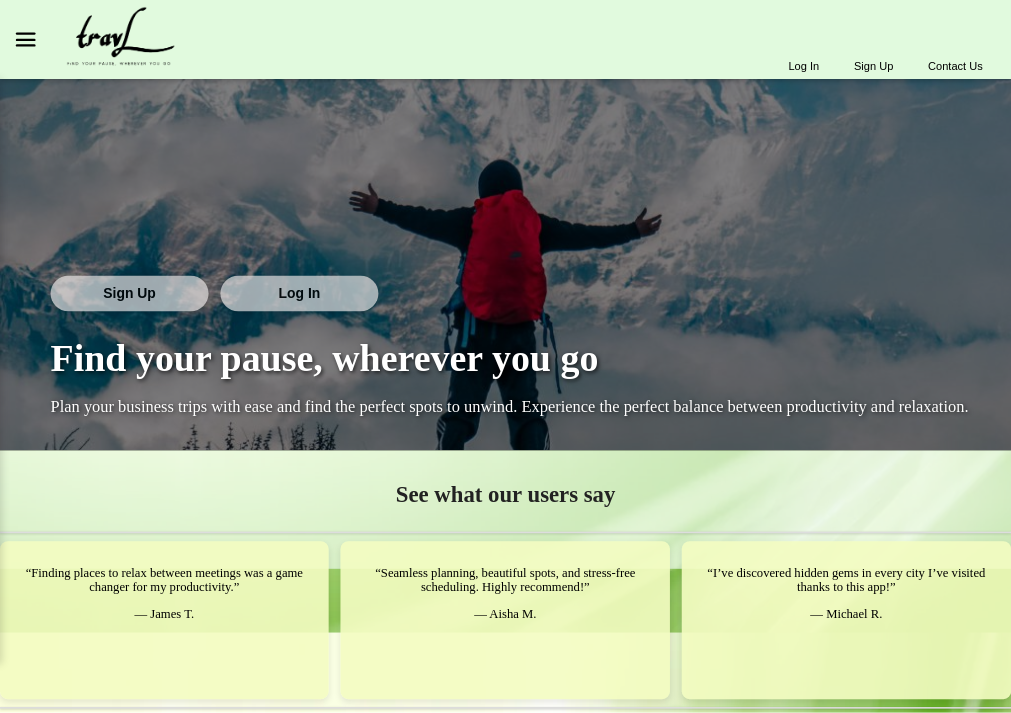
Repository: Nakib-Arman/Javafest25---travL
Page: / (app in Frontend/)
These files come from the project's save history. The page is drawn as it stood at one moment and after a run of saves; the edit follows.
The browser window is 1280 px wide. The pictures show the whole page, at 79% of full size.
Pictures or frames that could not be fetched are drawn as grey boxes. Backgrounds fixed to the window are drawn as part of the page. The project was rebuilt for these pictures with package versions that can differ from the ones it lists, and the page was loaded fresh each time. Also part of the build but not shown: Frontend/vite.config.js.

Above is the page before, as saved 2025-08-14 19:04:00.

### Frontend/src/index.css
html, body {
    height: 100%;
    margin: 0;
    padding: 0;
    position: relative;
}

body {
    background-image: url('./assets/background2.jpg');
    background-position: center;
    background-repeat: no-repeat;
    background-size: cover;
    background-attachment: fixed;
}

body::before {
    content: '';
    position: fixed;
    top: 0;
    left: 0;
    right: 0;
    bottom: 0;
    background: rgba(241, 255, 238, 0.7);
    z-index: 0;
    pointer-events: none;
}

### Frontend/src/App.jsx
import { useState } from 'react'

import Home from './Components/Home'

function App() {
  const [count, setCount] = useState(0)

  return (
    <div>
      <Home/>
    </div>
  )
}

export default App

### Frontend/src/Components/Home.jsx
import React, { useState, useEffect, useRef } from 'react';
import '../CSS/Home.css';
import Topbar from './Topbar';
import Planform from './Planform';

import img1 from '../assets/travel1.jpg';
import img2 from '../assets/travel2.jpg';
import img3 from '../assets/travel3.jpg';

export default function Home() {
  const images = [img1, img2, img3];
  const [currentIndex, setCurrentIndex] = useState(0);

  const reviews = [
    { name: "Sophia L.", text: "This service completely transformed my business trips. I now actually look forward to traveling!" },
    { name: "James T.", text: "Finding places to relax between meetings was a game changer for my productivity." },
    { name: "Aisha M.", text: "Seamless planning, beautiful spots, and stress-free scheduling. Highly recommend!" },
    { name: "Michael R.", text: "I’ve discovered hidden gems in every city I’ve visited thanks to this app!" },
    { name: "Emily W.", text: "Perfect balance between work and relaxation — exactly what I needed." },
    { name: "David K.", text: "No more stress trying to figure out where to go. Everything’s planned perfectly." },
    { name: "Priya S.", text: "It’s like having a local guide and personal assistant rolled into one." },
    { name: "Liam P.", text: "Made my work trips more enjoyable than ever before!" },
    { name: "Hannah G.", text: "Smart recommendations and easy scheduling. Love it!" }
  ];


  const [reviewIndex, setReviewIndex] = useState(0);
  const [cardWidth, setCardWidth] = useState(0);
  const cardRef = useRef(null);


  useEffect(() => {
    const timer = setInterval(() => {
      setCurrentIndex(prev => (prev + 1) % images.length);
    }, 8000);
    return () => clearInterval(timer);
  }, [images.length]);

  useEffect(() => {
    const timer = setInterval(() => {
      setReviewIndex(prev => {
        const maxIndex = reviews.length - 3; // max starting index
        return prev < maxIndex ? prev + 1 : 0; // reset to 0 after last slide
      });
    }, 3000);
    return () => clearInterval(timer);
  }, [reviews.length]);


  useEffect(() => {
    if (cardRef.current) {
      setCardWidth(cardRef.current.offsetWidth + 15);
    }
  }, []);


  return (
    <div className="home-container">
      {/* 1. Topbar */}
      <Topbar />

      {/* 2.sliding images */}
      <div className="slideshow-container">
        <div
          className="slide-track"
          style={{ transform: `translateX(-${currentIndex * 100}%)` }}
        >
          {images.map((src, idx) => (
            <img key={idx} src={src} alt={`Slide ${idx}`} className="slide-image" />
          ))}
        </div>

        <div className="overlay-text">
          <div className="overlay-buttons">
            <button className="btn signup-btn">Sign Up</button>
            <button className="btn login-btn">Log In</button>
          </div>
          <h1>Find your pause, wherever you go</h1>
          <p>Plan your business trips with ease and find the perfect spots to unwind.
            Experience the perfect balance between productivity and relaxation.</p>
        </div>
      </div>

      {/* 4. Reviews */}
      <div className="review-section">
        <h2 className="review-title">See what our users say</h2>

        <div className="review-slideshow">
          <div className="review-line top-line"></div>

          <div
            className="review-track"
            style={{ transform: `translateX(-${reviewIndex * cardWidth}px)` }}
          >
            {reviews.map((review, idx) => (
              <div
                className="review-card"
                key={idx}
                ref={idx === 0 ? cardRef : null}
              >
                <p className="review-text">“{review.text}”</p>
                <span className="review-author">— {review.name}</span>
              </div>
            ))}
          </div>

          <div className="review-line bottom-line"></div>
        </div>
      </div>

    </div>
  );
}

### Frontend/src/CSS/Home.css
/* basic container */
.home-container {
    margin: 0;
    padding: 0;
    height: 100vh;
    width: 100vw;
    position: relative;
    color: black;
}


/* sliding image */
.slideshow-container {
    position: relative;
    margin-top: 100px;
    margin-left: 0px;
    width: 100%;
    height: calc(100% - 250px);
    overflow: hidden;
    background-color: black;
    z-index: 2;
}

.slide-track {
    display: flex;
    transition: transform 0.8s ease-in-out;
    height: 100%;
}

.slide-image {
    min-width: 100%;
    height: 100%;
    object-fit: cover;
    opacity: 0.5;
}


/* text on the sliding image */
.overlay-text {
    position: absolute;
    bottom: 5%;
    left: 5%;
    transform: none;
    text-align: left;
    color: white;
    text-shadow: 2px 2px 6px rgba(0, 0, 0, 0.7);
    z-index: 2;
}

.overlay-text h1 {
    font-size: 3rem;
    margin-bottom: 10px;
}

.overlay-text p {
    font-size: 1.3rem;
}


/* signup and login button */
.overlay-buttons {
    margin-top: 20px;
    display: flex;
    gap: 15px;
}

.btn {
    padding: 12px 24px;
    font-size: 1.1rem;
    border: none;
    border-radius: 30px;
    cursor: pointer;
    font-weight: bold;
    transition: background-color 0.3s ease, transform 0.2s ease;
    width: 200px;
    opacity: 0.8;
    box-shadow: 0 2px 5px rgba(0, 0, 0, 0.2);
}

.signup-btn {
    background-color: #e6e2e2dc;
    color: black;
}

.signup-btn:hover {
    background-color: #e9ebe9;
    color: black;
    transform: scale(1.05);
}

.login-btn {
    background-color: #e6e2e2dc;
    color: black;
}

.login-btn:hover {
    background-color: #e9ebe9;
    transform: scale(1.05);
}


/* Reviews */
.review-slideshow {
    margin-top: 25px;
    overflow: hidden;
    max-width: 1500px;
    margin-left: auto;
    margin-right: auto;
}

.review-track {
    display: flex;
    transition: transform 0.6s ease-in-out;
    gap: 15px;
}

.review-card {
    background: rgba(243, 252, 193, 0.9);
    padding: 15px;
    border-radius: 10px;
    box-shadow: 0 4px 10px rgba(10, 1, 1, 0.1);
    flex: 0 0 calc((100% / 3) - 10px);
    box-sizing: border-box;
    min-height: 200px;
}

.review-section {
    margin-top: 40px;
    text-align: center;
}

.review-title {
    font-size: 1.8rem;
    font-weight: bold;
    margin-bottom: 20px;
    color: #222;
}

.review-line {
    height: 2px;
    width: 100%;
    background: #ddd;
    box-shadow: 0 1px 3px rgba(0, 0, 0, 0.2);
    margin: 5px 0;
}

.top-line {
    margin-bottom: 10px;
}

.bottom-line {
    margin-top: 10px;
}

### Frontend/src/Components/Topbar.jsx
// src/components/Topbar.js
import React, { useState } from 'react';
import '../CSS/Topbar.css';
import Sidebar from './Sidebar';

export default function Topbar() {

  const [isSidebarOpen, setIsSidebarOpen] = useState(false);

  const toggleSidebar = () => {
    if (isSidebarOpen) {
      setIsSidebarOpen(false);
    }
    else {
      setIsSidebarOpen(true);
    }
  };

  return (
    <div>
      <nav className="topbar">

        <div className="left-section">
          <div className="hamburger" onClick={toggleSidebar}>
            <span></span>
            <span></span>
            <span></span>
          </div>
          <a href="/" className="logo-link"></a>
        </div>
        <div className="nav-buttons">
          <button>Log In</button>
          <button>Sign Up</button>
          <button>Contact Us</button>
        </div>
      </nav>
      <Sidebar className={isSidebarOpen ? "sidebar" : "sidebar-show"} />
    </div>
  );
}

### Frontend/src/CSS/Topbar.css
/* basic container */
.topbar {
  position: fixed;
  top: 0;
  left: 0;
  right: 0;
  height: 100px;
  background-color: #e1fade;
  display: flex;
  justify-content: space-between;
  align-items: flex-end;
  padding: 0 20px;
  box-shadow: 0 2px 5px rgba(0, 0, 0, 0.2);
  z-index: 1000;
}

/* Group container for hamburger + logo */
.left-section {
  display: flex;
  align-items: center;
  gap: 15px;
}


/* hamburger icon */
.hamburger {
  display: flex;
  flex-direction: column;
  justify-content: space-between;
  width: 25px;
  height: 18px;
  cursor: pointer;
}

.hamburger span {
  display: block;
  height: 3px;
  background-color: black;
  border-radius: 2px;
}


/* logo */
.logo-link {
  display: inline-block;
  height: 100px;
  width: 180px;
  background-image: url('../assets/Logo1.png');
  background-size: contain;
  background-repeat: no-repeat;
  background-position: center;
}



/* Navigation buttons container */
.nav-buttons {
  display: flex;
  gap: 12px;
}

.nav-buttons button {
  background-color: transparent;
  color: black;
  border: none;
  padding: 8px 16px;
  border-radius: 6px;
  font-size: 14px;
  font-weight: 500;
  cursor: pointer;
  transition: background-color 0.3s ease;
}

.nav-buttons button:hover {
  background-color: #354434;
  color: white;
}

### Frontend/src/Components/Sidebar.jsx
// src/components/Sidebar.js
import React from 'react';
import '../CSS/Sidebar.css';

export default function Sidebar(props) {
  return (
    <div className={props.className}>
      <button>Plan a Schedule</button>
      <button>Reviews</button>
      <button>About Us</button>
    </div>
  );
}

### Frontend/src/CSS/Sidebar.css
/* basic container */
/* when sidebar on */
.sidebar {
  position: fixed;
  top: 100px;
  left: 0;
  width: 200px;
  height: 100vh;
  background-image: url('../assets/background2.jpg');
  background-position: center;
  background-repeat: no-repeat;
  background-size: cover;
  display: flex;
  flex-direction: column;
  padding: 10px;
  gap: 10px;
  z-index: 1050;
  box-shadow: 2px 0 10px rgba(0, 0, 0, 0.15);
  transform: translateX(0);
  transition: transform 0.3s ease;
}

/* when sidebar not on */
.sidebar-show {
  position: fixed;
  top: 100px;
  left: 0;
  width: 200px;
  height: 100vh;
  background-image: url('../assets/background2.jpg');
  background-position: center;
  background-repeat: no-repeat;
  background-size: cover;
  display: flex;
  flex-direction: column;
  padding: 10px;
  gap: 10px;
  z-index: 1050;
  box-shadow: 2px 0 10px rgba(0, 0, 0, 0.15);
  transform: translateX(-100%);
  transition: transform 0.3s ease;
}

.sidebar::before,
.sidebar-show::before {
  content: '';
  position: absolute;
  top: 0;
  left: 0;
  right: 0;
  bottom: 0;
  background: rgba(241, 255, 238, 0.9);
  z-index: 1;
  pointer-events: none;
}


/* sidebar buttons */
.sidebar button,
.sidebar-show button {
  background-color: transparent;
  color: black;
  border: none;
  padding: 12px;
  text-align: left;
  border-radius: 4px;
  cursor: pointer;
  transition: background-color 0.3s ease;
  z-index: 2;
}

.sidebar button:hover,
.sidebar-show button:hover {
  background-color: #354434;
  color: white;
}

### Frontend/src/Components/Planform.jsx
import React, { useState } from 'react';
import '../CSS/Planform.css';

export default function Planform() {
  const [meetings, setMeetings] = useState([{ date: '', start: '', end: '', location: '' }]);
  const [freeTimes, setFreeTimes] = useState([{ date: '', start: '', end: '' }]);
  const [preferences, setPreferences] = useState({
    relaxing: false,
    tourist: false,
    cafes: false,
    parks: false
  });

  const handleMeetingChange = (index, field, value) => {
    const updated = [...meetings];
    updated[index][field] = value;
    setMeetings(updated);
  };

  const handleFreeTimeChange = (index, field, value) => {
    const updated = [...freeTimes];
    updated[index][field] = value;
    setFreeTimes(updated);
  };

  const addMeeting = () => setMeetings([...meetings, { date: '', start: '', end: '', location: '' }]);
  const addFreeTime = () => setFreeTimes([...freeTimes, { date: '', start: '', end: '' }]);

  const handlePreferenceChange = (e) => {
    setPreferences({ ...preferences, [e.target.name]: e.target.checked });
  };

  const handleSubmit = (e) => {
    e.preventDefault();
    const formData = { meetings, freeTimes, preferences };
    console.log('Submitted Schedule:', formData);
    // You can send this data to your backend or process it further
  };

  return (
    <div className="form-container">
      <h2>Plan Your Travel Schedule</h2>
      <form onSubmit={handleSubmit}>
        <h3>Meetings</h3>
        {meetings.map((meeting, idx) => (
          <div className="meeting-row" key={idx}>
            <input type="date" value={meeting.date} onChange={(e) => handleMeetingChange(idx, 'date', e.target.value)} required />
            <input type="time" value={meeting.start} onChange={(e) => handleMeetingChange(idx, 'start', e.target.value)} required />
            <input type="time" value={meeting.end} onChange={(e) => handleMeetingChange(idx, 'end', e.target.value)} required />
            <input type="text" placeholder="Location / City" value={meeting.location} onChange={(e) => handleMeetingChange(idx, 'location', e.target.value)} required />
          </div>
        ))}
        <button type="button" onClick={addMeeting}>+ Add Meeting</button>

        <h3>Free Time Slots</h3>
        {freeTimes.map((slot, idx) => (
          <div className="free-row" key={idx}>
            <input type="date" value={slot.date} onChange={(e) => handleFreeTimeChange(idx, 'date', e.target.value)} required />
            <input type="time" value={slot.start} onChange={(e) => handleFreeTimeChange(idx, 'start', e.target.value)} required />
            <input type="time" value={slot.end} onChange={(e) => handleFreeTimeChange(idx, 'end', e.target.value)} required />
          </div>
        ))}
        <button type="button" onClick={addFreeTime}>+ Add Free Time Slot</button>

        <h3>Preferences</h3>
        <label>
          <input type="checkbox" name="relaxing" checked={preferences.relaxing} onChange={handlePreferenceChange} /> Relaxing Spots
        </label>
        <label>
          <input type="checkbox" name="tourist" checked={preferences.tourist} onChange={handlePreferenceChange} /> Tourist Spots
        </label>
        <label>
          <input type="checkbox" name="cafes" checked={preferences.cafes} onChange={handlePreferenceChange} /> Cafes / Restaurants
        </label>
        <label>
          <input type="checkbox" name="parks" checked={preferences.parks} onChange={handlePreferenceChange} /> Parks / Nature
        </label>

        <button type="submit">Submit Schedule</button>
      </form>
    </div>
  );
}

### Frontend/src/CSS/Planform.css
.form-container {
    max-width: 800px;
    margin: 40px auto;
    padding: 20px 30px;
    background: #ffffff;
    border-radius: 12px;
    box-shadow: 0 4px 15px rgba(0,0,0,0.08);
    font-family: Arial, sans-serif;
  }

  .form-container h2 {
    text-align: center;
    margin-bottom: 25px;
    color: #222;
  }

  .form-container h3 {
    margin-top: 25px;
    margin-bottom: 10px;
    color: #444;
    border-bottom: 2px solid #f0f0f0;
    padding-bottom: 5px;
  }

  .meeting-row, .free-row {
    display: flex;
    flex-wrap: wrap;
    gap: 10px;
    margin-bottom: 10px;
  }

  .meeting-row input,
  .free-row input {
    flex: 1;
    min-width: 120px;
    padding: 8px 10px;
    border: 1px solid #ccc;
    border-radius: 6px;
    font-size: 0.95rem;
  }

  button[type="button"] {
    background: #f3f3f3;
    color: #333;
    padding: 6px 14px;
    margin-top: 5px;
    border: none;
    border-radius: 6px;
    cursor: pointer;
    font-size: 0.9rem;
    transition: background-color 0.3s ease;
  }

  button[type="button"]:hover {
    background: #e4e4e4;
  }

  label {
    display: inline-flex;
    align-items: center;
    margin-right: 15px;
    font-size: 0.95rem;
    cursor: pointer;
  }

  label input {
    margin-right: 6px;
  }

  button[type="submit"] {
    margin-top: 20px;
    width: 100%;
    background: #2d89ef;
    color: white;
    padding: 12px;
    font-size: 1.05rem;
    font-weight: bold;
    border: none;
    border-radius: 6px;
    cursor: pointer;
    transition: background-color 0.3s ease;
  }

  button[type="submit"]:hover {
    background: #1c6cd3;
  }

  /* Mobile-friendly adjustments */
  @media (max-width: 600px) {
    .meeting-row, .free-row {
      flex-direction: column;
    }

    .meeting-row input,
    .free-row input {
      width: 100%;
    }
  }

Loaded but not shown: Frontend/index.html (common file); Frontend/src/main.jsx (common file)

After the next 4 saves:
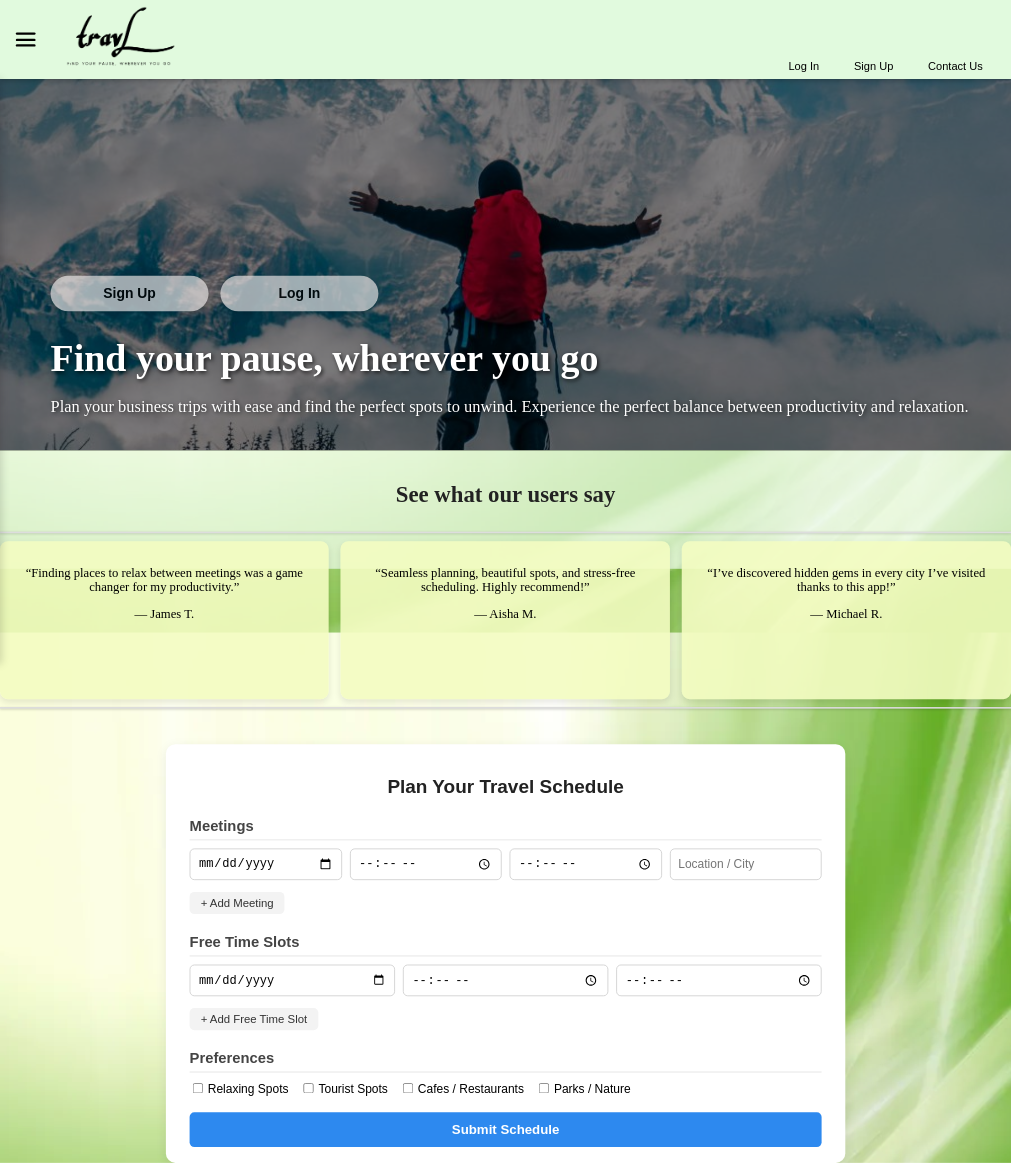
The 4 saves are shown as one change because 1 did not build or start and some came seconds apart.
The last was saved 23 s later.
--- a/Frontend/src/Components/Home.jsx
+++ b/Frontend/src/Components/Home.jsx
@@ -108,6 +108,8 @@
         </div>
       </div>
 
+      <Planform/>
+
     </div>
   );
 }

After the save that followed:
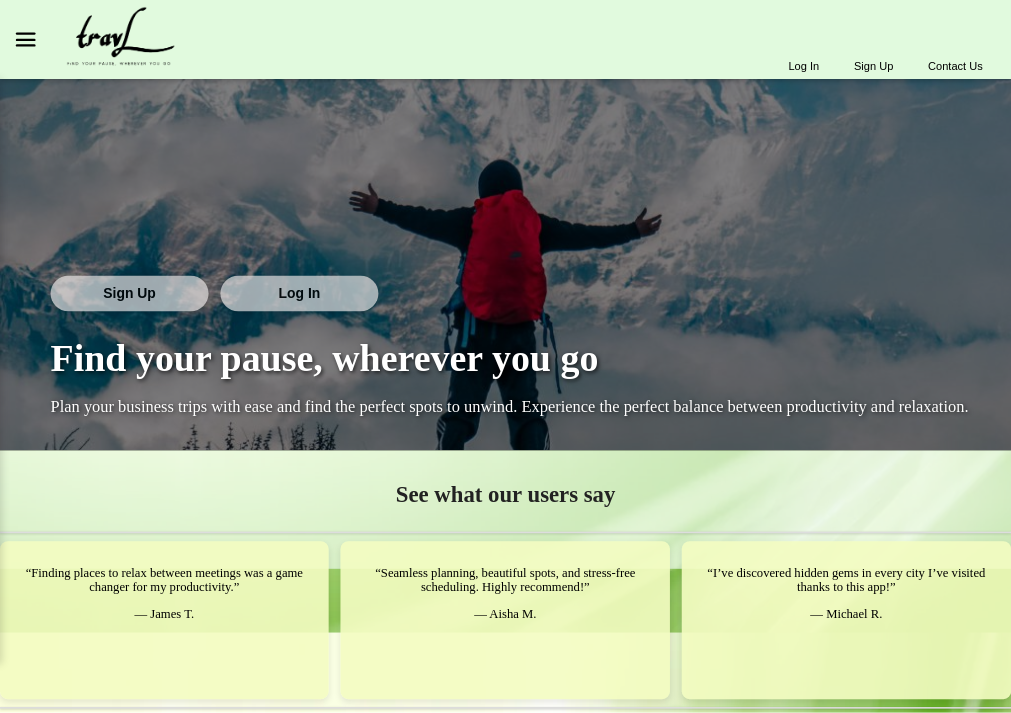
Saved 2 min 7 s later.
--- a/Frontend/src/Components/Home.jsx
+++ b/Frontend/src/Components/Home.jsx
@@ -108,8 +108,6 @@
         </div>
       </div>
 
-      <Planform/>
-
     </div>
   );
 }
